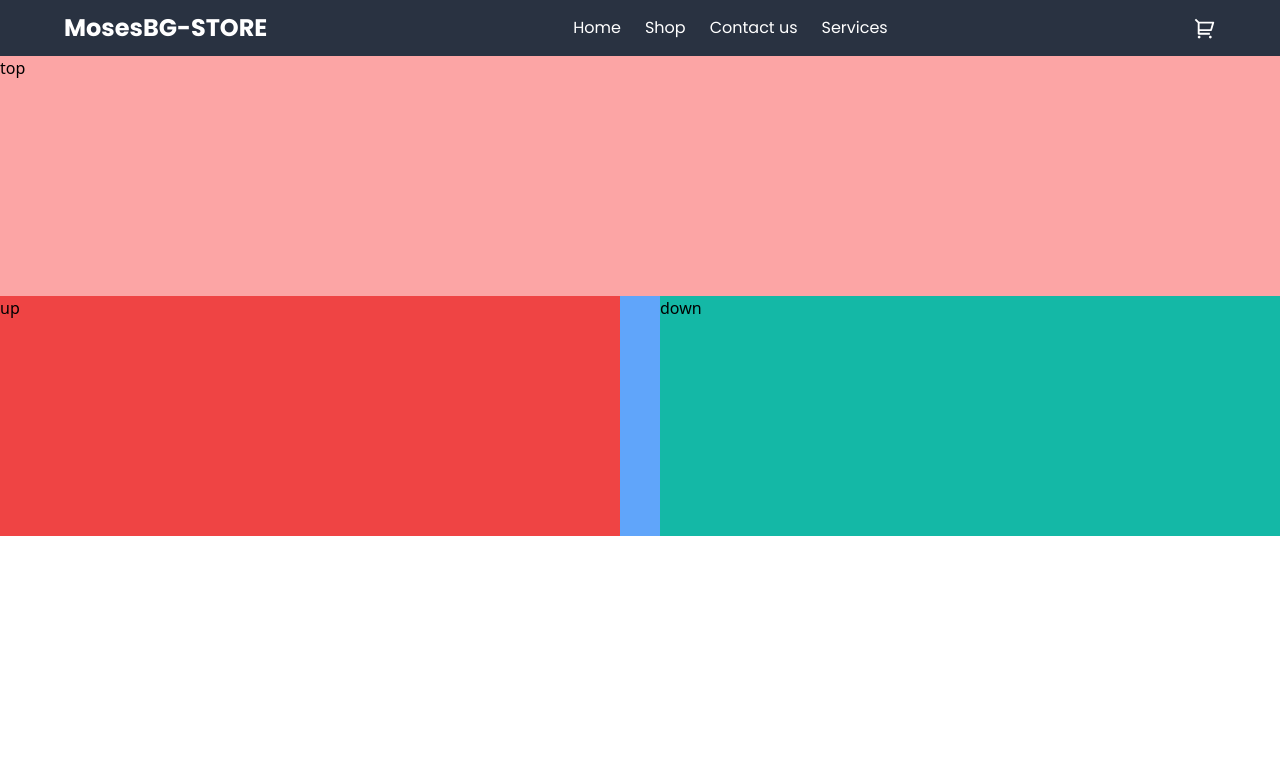
Repository: moshebengan/cart
Page: /fake-store/contact-us
An editor plug-in stored every save of this project. The page is shown before and after the next save, followed by the edit.
The browser window is 1280 px wide. The pictures show the whole page.
The project was rebuilt for these pictures with package versions that can differ from the ones it lists, and the page was loaded fresh each time. Also part of the build but not shown: vite.config.js, src/components/Error.jsx, src/utils/data.js, src/utils/apiCalls.js, src/components/Loading.jsx, src/components/Products.jsx, src/components/Footer.jsx, src/pages/HomePage.jsx and 5 more.

Above is the page before, as saved 2024-09-15 15:23:37.

### index.html
<!DOCTYPE html>
<html lang="en">
  <head>
    <meta charset="UTF-8" />
    <link rel="icon" type="image/svg+xml" href="/vite.svg" />
    <meta name="viewport" content="width=device-width, initial-scale=1.0" />
    <link rel="preconnect" href="https://fonts.googleapis.com" />
    <link rel="preconnect" href="https://fonts.gstatic.com" crossorigin />
    <link
      href="https://fonts.googleapis.com/css2?family=Poppins:ital,wght@0,100;0,200;0,300;0,400;0,500;0,600;0,700;0,800;0,900;1,100;1,200;1,300;1,400;1,500;1,600;1,700;1,800;1,900&display=swap"
      rel="stylesheet"
    />
    <title>MosesBG-SHOP</title>
  </head>
  <body>
    <div id="root"></div>
    <script type="module" src="/src/main.jsx"></script>
  </body>
</html>

### src/main.jsx
import { StrictMode } from 'react'
import { createRoot } from 'react-dom/client'

import './index.css'
import { createBrowserRouter, RouterProvider } from 'react-router-dom'
import routes from './routes.jsx'

const router = createBrowserRouter(routes)

createRoot(document.getElementById('root')).render(
  <StrictMode>
    <RouterProvider router={router} />
  </StrictMode>,
)

### src/index.css
@tailwind base;
@tailwind components;
@tailwind utilities;

body,
html {
  height: 100%;
  width: 100%;
}

.container {
  width: 90%;
  margin: auto;
}

### src/routes.jsx
import Error from "./components/Error";
import ContactUs from "./pages/ContactUs";
import HomePage from "./pages/HomePage";
import MyCart from "./pages/MyCart";
import NavigationBar from "./pages/NavigationBar";
import ShopPage from "./pages/ShopPage";


const routes = [
	{
		path: '/fake-store',
		element: <NavigationBar />,
		children: [
			{
				path:"home",
				element:<HomePage/>,
				errorElement: <Error/>
			},
			{ 	path: 'shop',
				 	element: <ShopPage />,
					errorElement: <Error/>

			},
			{
				path: 'cart',
				element: <MyCart />,
				errorElement: <Error/>
			},
			{
				path:'contact-us',
				element: <ContactUs/>,
				errorElement: <Error />
			}
		]

	},

];

export default routes

### src/pages/ContactUs.jsx


const ContactUs = () => {
  return (
    <div className="w-full h-screen flex flex-col relative">
      <div className="w-full flex-1 bg-red-300">top</div>
      <div className="w-full flex-1 bg-blue-400  flex flex-row justify-evenly items-center gap-10">
        <div className="flex-1 h-full bg-red-500" >up</div>
        <div className="flex-1 h-full bg-teal-500">down</div>
        {/* <div className="absolute -top-10 left-10 bg-yellow-300 flex-initial w-64">left</div>
        <div className="absolute -top-10 right-10 bg-pink-400 flex-initial w-32 ">right</div> */}
      </div>
      <div className="bg-white flex-1"></div>
    </div>
  )
}

export default ContactUs

### src/pages/NavigationBar.jsx
import { useState } from "react";
import { Link, Outlet } from "react-router-dom";
import { IoMdMenu, IoMdClose } from "react-icons/io";
import Cart from "../components/Cart";

const NavigationBar = () => {
  const [isOpen, setIsOpen] = useState(false);
  const [cartItems, setCartItems] = useState(0);

  const openNav = () => {
    setIsOpen(!isOpen);
  };

  const resetNav = () => {
    if (isOpen) setIsOpen(!isOpen);
  };

  return (
    <>
      <div className="w-full bg-dark-blue font-poppins">
        <div className="container">
          <nav className="py-3 flex justify-between items-center text-white">
            <h1 className="font-bold text-2xl">MosesBG-STORE</h1>
            <div className="hidden md:flex gap-6">
              <Link to={"/fake-store/home"}>Home</Link>
              <Link to={"/fake-store/shop"}>Shop</Link>
              <Link to={"/fake-store/contact-us"}>Contact us</Link>
              <Link>Services</Link>
            </div>
            <div className="flex flex-row items-center gap-5">
              <Cart resetNav={resetNav} items={cartItems} />
              <div className="z-50 md:hidden">
                <button className="flex items-center">
                  {isOpen ? (
                    <IoMdClose className="p1" onClick={openNav} />
                  ) : (
                    <IoMdMenu className="p1" onClick={openNav} />
                  )}
                </button>
              </div>
            </div>
          </nav>
          <div
            className={`container text-dark-blue ${
              isOpen ? "block" : "hidden"
            } `}
          >
            <div className="z-40 fixed top-0 left-0 bottom-0 w-full bg-dark-blu opacity-35"></div>
            <nav className="z-50 fixed top-0 left-0 bottom-0 flex flex-col gap-10 w-5/6 max-w-sm py-6 px-6 bg-[#F8F8F8] overflow-y-auto">
              <div>
                <h1 className="font-bold text-3xl">MosesBG-SHOP</h1>
                <hr className="h-px mt-3 bg-gray-200 border-0" />
              </div>
              <div className="flex flex-col gap-5">
                <Link
                  to={"/fake-store"}
                  className="nav-item-hover"
                  onClick={resetNav}
                >
                  Home
                </Link>
                <Link
                  to={"/fake-store/shop"}
                  className="nav-item-hover"
                  onClick={resetNav}
                >
                  Shop
                </Link>
                <Link className="nav-item-hover">Contact Us</Link>
                <Link className="nav-item-hover">Services</Link>
                <hr className="h-px mt-3 bg-gray-200 border-0" />
              </div>
            </nav>
          </div>
        </div>
      </div>
      <div className="h-screen w-auto">
        <Outlet context={[cartItems, setCartItems]} />
      </div>
    </>
  );
};

export default NavigationBar;

### src/components/Cart.jsx
import { RiShoppingCart2Line } from "react-icons/ri";
import { Link } from "react-router-dom";

const Cart = ({ resetNav, items }) => {
  return (
    <Link to={"/fake-store/cart"} onClick={resetNav}>
      <div className="relative">
        <RiShoppingCart2Line size={"1.4em"} />
        <span className="absolute text-xs bg-orange-500 p-0.3 px-1 text-red-50 rounded-full -top-1.5 left-4">
          {items > 0 ? items : ""}
        </span>
      </div>
    </Link>
  );
};

export default Cart;

### tailwind.config.js
/** @type {import('tailwindcss').Config} */
export default {
  content: [
    "./index.html",
    "./src/**/*.{js,ts,jsx,tsx}",
  ],
  theme: {
    fontFamily: {
      poppins: ["Poppins", "sans-serif"]
    },
    extend: {
      backgroundImage: {
        "homepage-image": "url('/public/bghomepage.jpg')",
        "homepage-darker": "url('/public/darkerbg.jpg')"
      },
      colors: {
      "dark-blue": "#293241"
    },
    keyframes: {
      'fade-in-out': {
        '0%': { opacity: '0', transform: 'scale(0.95)' },
        '100%': { opacity: '1', transform: 'scale(1)' },
      },
    },
    animation: {
      'fade-in-out': 'fade-in-out 0.5s ease-in-out', // Customize duration and easing
    },
  }
  },
  plugins: [],
}

After the next save:
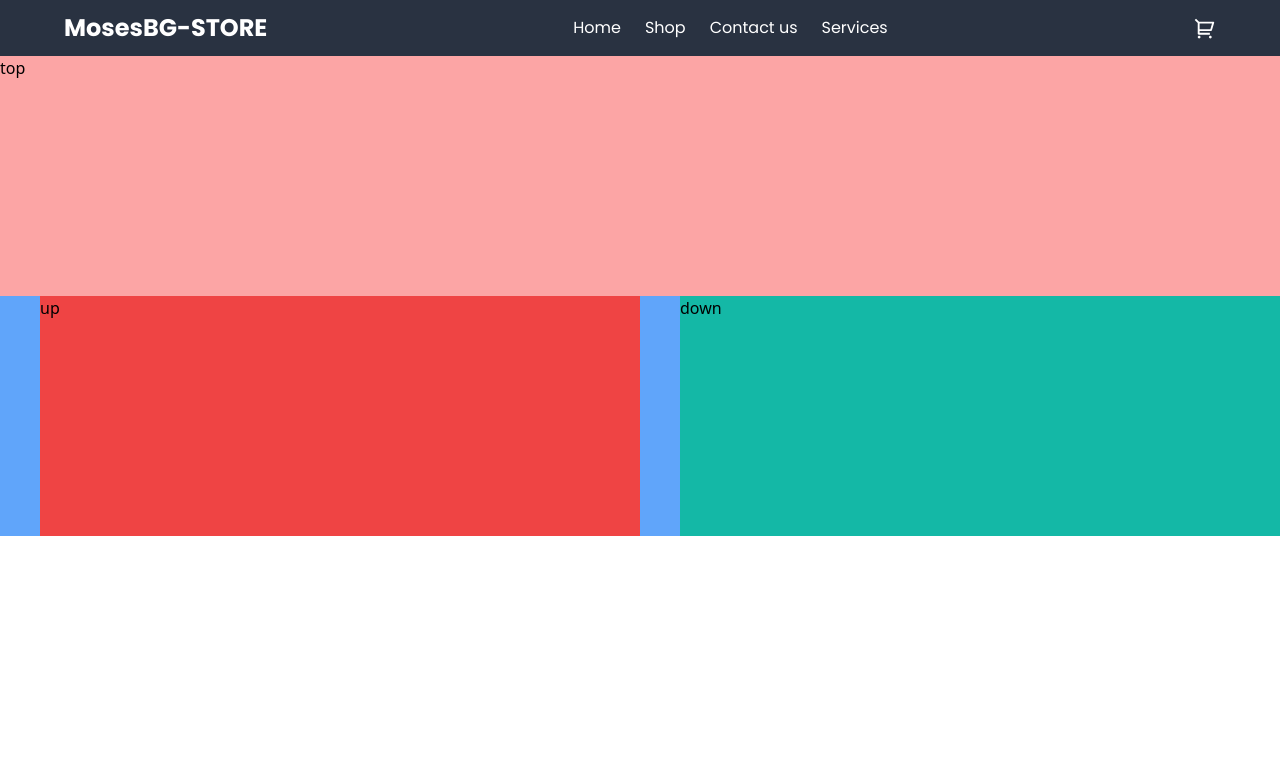
Saved 10 s later.
--- a/src/pages/ContactUs.jsx
+++ b/src/pages/ContactUs.jsx
@@ -5,7 +5,7 @@ const ContactUs = () => {
     <div className="w-full h-screen flex flex-col relative">
       <div className="w-full flex-1 bg-red-300">top</div>
       <div className="w-full flex-1 bg-blue-400  flex flex-row justify-evenly items-center gap-10">
-        <div className="flex-1 h-full bg-red-500" >up</div>
+        <div className="ml-10 flex-1 h-full bg-red-500" >up</div>
         <div className="flex-1 h-full bg-teal-500">down</div>
         {/* <div className="absolute -top-10 left-10 bg-yellow-300 flex-initial w-64">left</div>
         <div className="absolute -top-10 right-10 bg-pink-400 flex-initial w-32 ">right</div> */}
